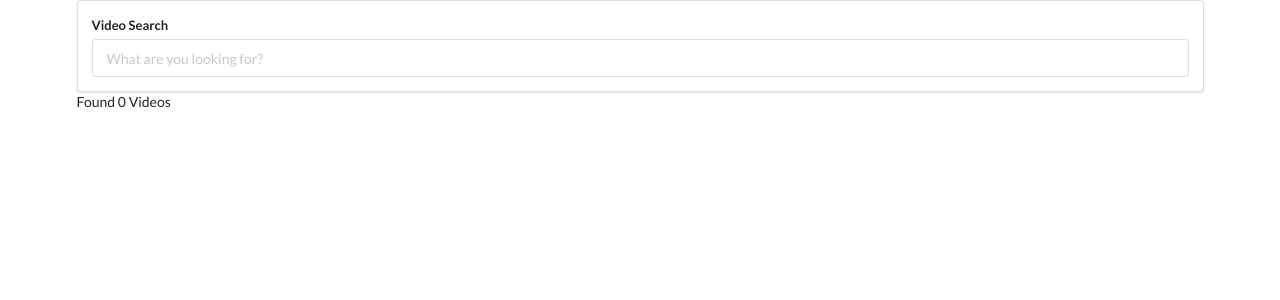
Repository: rahulkeerthi/udemy-react-video-search
Page: /
The author's editor kept a copy of each file at every save. The page is drawn from the files as they stood at one save, then again after a run of saves.
The browser window is 1280 px wide. The pictures show the whole page.
The project was rebuilt for these pictures with package versions that can differ from the ones it lists, and the page was loaded fresh each time.

Above is the page before, as saved 2020-04-04 17:14:09.

### src/components/App.js
import React from "react";
import SearchBar from "./SearchBar";
import youtube from '../apis/youtube';

const KEY = 'AIzaSyDWr-tpje_mR2m4hMC5KnaO75FvyfldYvg';

class App extends React.Component {
	state = { videos: [] };

  onTermSubmit = async (term) => {
     const response = await youtube.get("/search", {
      params: {
        q: term,
				part: "snippet",
				type: 'video',
        maxResults: 5,
        key: KEY
      }
		})
		this.setState({ videos: response.data.items });
	};

	render() {
		return (
			<div className="ui container">
				<SearchBar onTermSubmit={this.onTermSubmit} />
				Found {this.state.videos.length} Videos
			</div>
		);
	}
}

export default App;

### src/components/SearchBar.js
import React from "react";

const ENTER_KEY = 13;
const WAIT_INTERVAL = 1000;

export default class SearchBar extends React.Component {
  state = { term: "" };

  timer = null;

  onInputChange = (e) => {
    clearTimeout(this.timer);
    this.setState( { term: e.target.value } );
    this.timer = setTimeout(this.triggerChange, WAIT_INTERVAL);
  }

  onKeyDown = (e) => {
    if (e.keyCode === ENTER_KEY) {
      clearTimeout(this.timer)
      this.triggerChange()
    }
  }

  triggerChange = () => {
    const { term } = this.state;
    this.props.onTermSubmit(term);
  }

  onFormSubmit = (e) => {
    e.preventDefault();
  }

	render() {
		return (
			<div className="search-bar ui segment">
				<form className="ui form" onSubmit={this.onFormSubmit} >
					<div className="field">
						<label htmlFor="search">Video Search</label>
						<input
							type="text"
							placeholder="What are you looking for?"
							value={this.state.term}
              onKeyDown={this.onKeyDown}
							onChange={this.onInputChange}
							id="search"
						/>
					</div>
				</form>
			</div>
		);
	}
}

### src/apis/youtube.js
import axios from 'axios';

export default axios.create({
  baseURL: "https://www.googleapis.com/youtube/v3"
});

Loaded but not shown: public/index.html (common file); src/index.js (common file)

After the next 3 saves:
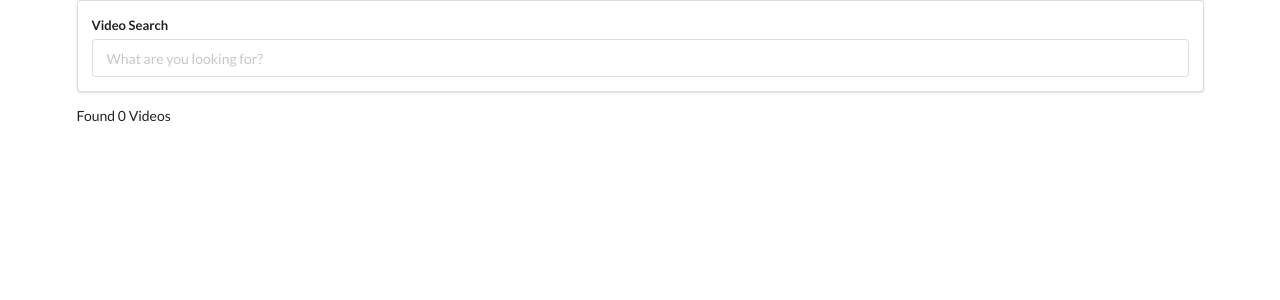
The 3 saves are shown as one change because they came seconds apart.
The last was saved 15 s later.
--- a/src/components/App.js
+++ b/src/components/App.js
@@ -24,7 +24,7 @@ class App extends React.Component {
 		return (
 			<div className="ui container">
 				<SearchBar onTermSubmit={this.onTermSubmit} />
-				Found {this.state.videos.length} Videos
+				<div>Found {this.state.videos.length} Videos</div>
 			</div>
 		);
 	}
